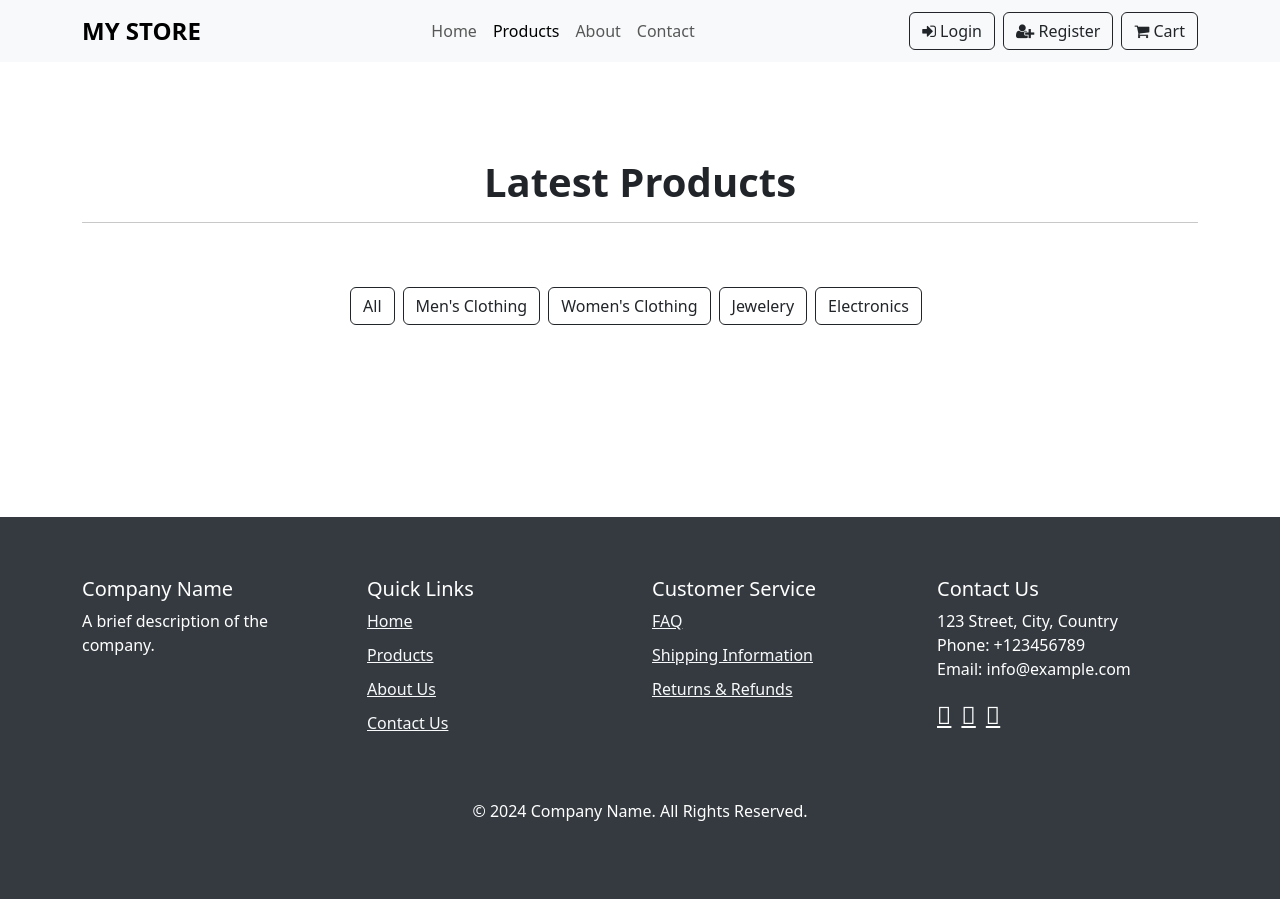
Repository: asad3407886839/E-commerce-Store
Page: /products (app in vite-project/)
The author's editor kept a copy of each file at every save. The page is drawn from the files as they stood at one save, then again after the next save.
The browser window is 1280 px wide. The pictures show the whole page.
The page's requests for data from a server got no answer. The project was rebuilt for these pictures with package versions that can differ from the ones it lists, and the page was loaded fresh each time. No one was signed in, and anything a server would have sent is missing. Also part of the build but not shown: vite-project/vite.config.js, vite-project/src/components/Home.jsx, vite-project/src/components/Product.jsx, vite-project/src/components/Contact.jsx, vite-project/src/AboutUs.jsx, vite-project/src/LoginForm.jsx, vite-project/src/register.jsx, vite-project/src/index.css.

Above is the page before, as saved 2024-06-30 01:45:31.

### vite-project/src/main.jsx
import React from 'react';
import ReactDOM from 'react-dom/client';
import App from './App.jsx';
import './index.css';
import 'bootstrap/dist/css/bootstrap.min.css';
import 'bootstrap/dist/js/bootstrap.bundle';
import 'font-awesome/css/font-awesome.min.css';


ReactDOM.createRoot(document.getElementById('root')).render(

    <App />

);

### vite-project/src/App.jsx
// App.js
import React from 'react';
import Navbar from './components/Navbar';
import Home from './components/Home';
import Products from './components/Products';
import Product from './components/Product';
import { BrowserRouter, Routes, Route } from 'react-router-dom';
import Contact from './components/Contact';
import AboutUs from './AboutUs';
import LoginForm from './LoginForm';
import register from './register';
import Footer from './components/Footer';


const App = () => {
  return (
    <div>
      <BrowserRouter>
        <Navbar />
        <Routes>
          <Route path="/" element={<Home />} />
          <Route path="/products" element={<Products />} />
          <Route path="/products/:id" element={<Product />} />
          <Route path="/about" element={<AboutUs />} />
          <Route path="/contact" element={<Contact />} />
          <Route path="/login" element={<LoginForm/>} />
          <Route path="/register" element={<register/>} />



        </Routes>
        <Footer/>
      </BrowserRouter>
    </div>
  );
};

export default App;

### vite-project/src/components/Navbar.jsx
import React from 'react';
import { NavLink } from 'react-router-dom';

const Navbar = () => {
  return (
    <div>
      <nav className="navbar navbar-expand-lg navbar-light bg-light">
        <div className="container">
          <NavLink className="navbar-brand fw-bold fs-4" to="/">MY STORE</NavLink>
          <button
            className="navbar-toggler"
            type="button"
            data-bs-toggle="collapse"
            data-bs-target="#navbarSupportedContent"
            aria-controls="navbarSupportedContent"
            aria-expanded="false"
            aria-label="Toggle navigation"
          >
            <span className="navbar-toggler-icon"></span>
          </button>
          <div className="collapse navbar-collapse" id="navbarSupportedContent">
            <ul className="navbar-nav mx-auto mb-2 mb-lg-0">
              <li className="nav-item">
                <NavLink className="nav-link" exact to="/">Home</NavLink>
              </li>
              <li className="nav-item">
                <NavLink className="nav-link" to="/products">Products</NavLink>
              </li>
              <li className="nav-item">
                <NavLink className="nav-link" to="/about">About</NavLink>
              </li>
              <li className="nav-item">
                <NavLink className="nav-link" to="/contact">Contact</NavLink>
              </li>
            </ul>
            <div className="buttons">
              <NavLink to="/login" className="btn btn-outline-dark">
                <i className="fa fa-sign-in"></i> Login
              </NavLink>
              <NavLink to="/register" className="btn btn-outline-dark ms-2">
                <i className="fa fa-user-plus"></i> Register
              </NavLink>
              <NavLink to="/cart" className="btn btn-outline-dark ms-2">
                <i className="fa fa-shopping-cart"></i> Cart
              </NavLink>
            </div>
          </div>
        </div>
      </nav>
    </div>
  );
};

export default Navbar;

### vite-project/src/components/Products.jsx
import React, { useState, useEffect } from 'react';
import { Link } from 'react-router-dom';


const Products = () => {
  const [data, setData] = useState([]);
  const [filter, setFilter] = useState([]);
  const [loading, setLoading] = useState(false);
  let componentMounted = true;

  useEffect(() => {
    const fetchProducts = async () => {
      setLoading(true);
      try {
        const response = await fetch('https://fakestoreapi.com/products');
        const result = await response.json();
        if (componentMounted) {
          setData(result);
          setFilter(result);
          setLoading(false);
        }
      } catch (error) {
        console.error("Error fetching data:", error);
        setLoading(false);
      }
    };

    fetchProducts();

    return () => {
      componentMounted = false;
    };
  }, []);

  if (loading) {
    return <div>Loading...</div>;
  }

  const showProducts = () => {
    return (
      <>
        <div className="buttons d-flex justify-content-center mb-5 pb-5">
          <button className="btn btn-outline-dark me-2" onClick={() => setFilter(data)}>All</button>
          <button className="btn btn-outline-dark me-2" onClick={() => setFilter(data.filter(product => product.category === 'men\'s clothing'))}>Men's Clothing</button>
          <button className="btn btn-outline-dark me-2" onClick={() => setFilter(data.filter(product => product.category === 'women\'s clothing'))}>Women's Clothing</button>
          <button className="btn btn-outline-dark me-2" onClick={() => setFilter(data.filter(product => product.category === 'jewelery'))}>Jewelery</button>
          <button className="btn btn-outline-dark me-2" onClick={() => setFilter(data.filter(product => product.category === 'electronics'))}>Electronics</button>
        </div>
        <div className="row">
          {filter.map((product) => (
            <div className="col-md-3 mb-4" key={product.id}>
              <div className="card h-100 text-center p-3 fw-bolder">
                <img
                  src={product.image}
                  className="card-img-top"
                  alt={product.title}
                  height="250px"
                />
                <div className="card-body">
                  <h5 className="card-title">{product.title}</h5>
                  <p className="card-text">${product.price}</p>
                  <Link to={`/products/${product.id}`} className="btn btn-outline-dark ms-2">
                    Buy Now
                  </Link>
                </div>
              </div>
            </div>
          ))}
        </div>
      </>
    );
  };

  return (
    <div className="container my-5 py-5">
      <div className="row">
        <div className="col-12 mb-5">
          <h1 className="display-6 fw-bolder text-center">Latest Products</h1>
          <hr />
        </div>
      </div>
      <div className="row justify-content-center">
        {showProducts()}
      </div>
    </div>
  );
};

export default Products;

### vite-project/src/components/Footer.jsx
// components/Footer.js
import React from 'react';
import { Link } from 'react-router-dom';

const Footer = () => {
  const footerStyle = {
    backgroundColor: '#343a40',
    color: '#fff',
    padding: '60px 0',
  };

  const listStyle = {
    padding: 0,
    listStyle: 'none',
  };

  const listItemStyle = {
    marginBottom: '10px',
  };

  const socialIconsStyle = {
    display: 'inline-block',
    marginRight: '10px',
  };

  const socialIconLinkStyle = {
    color: '#fff',
    fontSize: '24px',
  };

  const socialIconLinkHoverStyle = {
    color: '#ffc107',
  };

  return (
    <footer style={footerStyle}>
      <div className="container">
        <div className="row">
          <div className="col-md-3 mb-4">
            <h5>Company Name</h5>
            <p>A brief description of the company.</p>
          </div>
          <div className="col-md-3 mb-4">
            <h5>Quick Links</h5>
            <ul style={listStyle}>
              <li style={listItemStyle}><Link to="/" className="text-light">Home</Link></li>
              <li style={listItemStyle}><Link to="/products" className="text-light">Products</Link></li>
              <li style={listItemStyle}><Link to="/about" className="text-light">About Us</Link></li>
              <li style={listItemStyle}><Link to="/contact" className="text-light">Contact Us</Link></li>
            </ul>
          </div>
          <div className="col-md-3 mb-4">
            <h5>Customer Service</h5>
            <ul style={listStyle}>
              <li style={listItemStyle}><Link to="/faq" className="text-light">FAQ</Link></li>
              <li style={listItemStyle}><Link to="/shipping" className="text-light">Shipping Information</Link></li>
              <li style={listItemStyle}><Link to="/returns" className="text-light">Returns & Refunds</Link></li>
            </ul>
          </div>
          <div className="col-md-3 mb-4">
            <h5>Contact Us</h5>
            <p>123 Street, City, Country<br />Phone: +123456789<br />Email: info@example.com</p>
            <ul className="list-inline" style={listStyle}>
              <li className="list-inline-item" style={socialIconsStyle}><a href="#" style={socialIconLinkStyle}><i className="fab fa-facebook"></i></a></li>
              <li className="list-inline-item" style={socialIconsStyle}><a href="#" style={socialIconLinkStyle}><i className="fab fa-twitter"></i></a></li>
              <li className="list-inline-item" style={socialIconsStyle}><a href="#" style={socialIconLinkStyle}><i className="fab fa-instagram"></i></a></li>
            </ul>
          </div>
        </div>
      </div>
      <div className="text-center mt-4">
        <p>&copy; {new Date().getFullYear()} Company Name. All Rights Reserved.</p>
      </div>
    </footer>
  );
};

export default Footer;

Loaded but not shown: vite-project/index.html (common file)

After the next save:
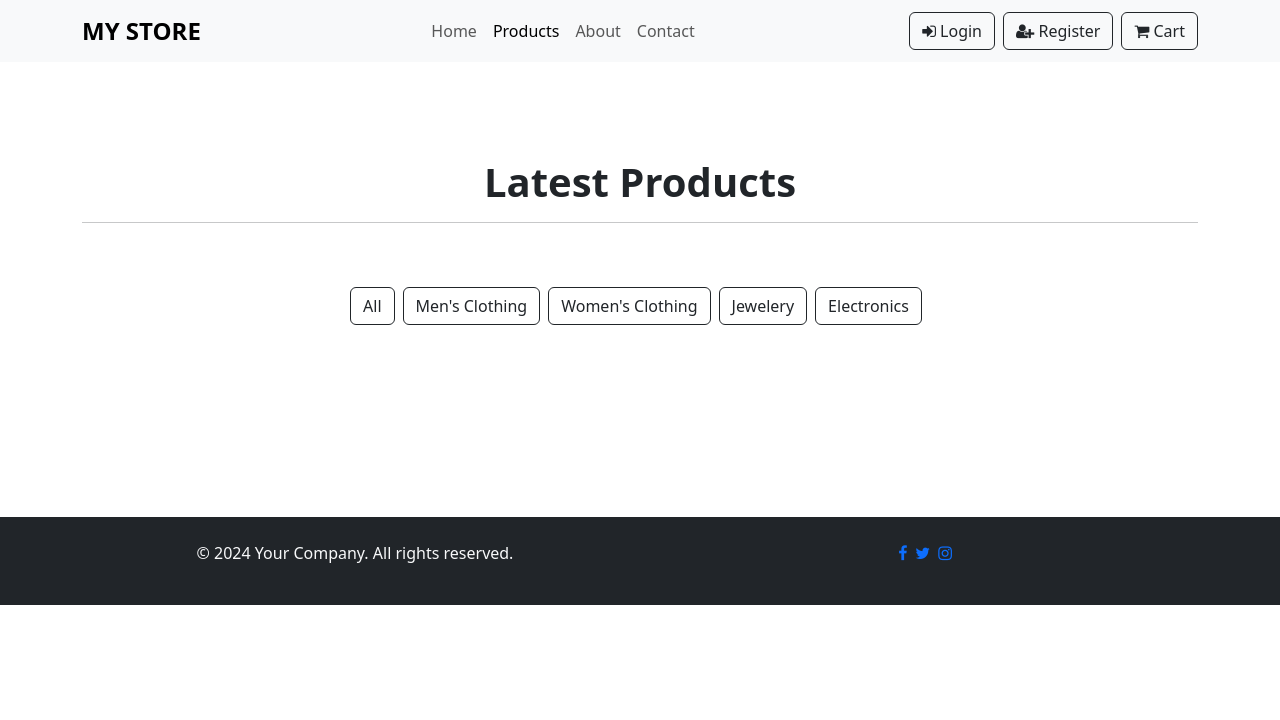
Saved 2 min 23 s later.
--- a/vite-project/src/components/Footer.jsx
+++ b/vite-project/src/components/Footer.jsx
@@ -1,75 +1,33 @@
-// components/Footer.js
 import React from 'react';
-import { Link } from 'react-router-dom';
 
 const Footer = () => {
-  const footerStyle = {
-    backgroundColor: '#343a40',
-    color: '#fff',
-    padding: '60px 0',
-  };
-
-  const listStyle = {
-    padding: 0,
-    listStyle: 'none',
-  };
-
-  const listItemStyle = {
-    marginBottom: '10px',
-  };
-
-  const socialIconsStyle = {
-    display: 'inline-block',
-    marginRight: '10px',
-  };
-
-  const socialIconLinkStyle = {
-    color: '#fff',
-    fontSize: '24px',
-  };
-
-  const socialIconLinkHoverStyle = {
-    color: '#ffc107',
-  };
-
   return (
-    <footer style={footerStyle}>
+    <footer className="bg-dark text-light text-center py-4">
       <div className="container">
         <div className="row">
-          <div className="col-md-3 mb-4">
-            <h5>Company Name</h5>
-            <p>A brief description of the company.</p>
+          <div className="col-md-6">
+            <p>&copy; 2024 Your Company. All rights reserved.</p>
           </div>
-          <div className="col-md-3 mb-4">
-            <h5>Quick Links</h5>
-            <ul style={listStyle}>
-              <li style={listItemStyle}><Link to="/" className="text-light">Home</Link></li>
-              <li style={listItemStyle}><Link to="/products" className="text-light">Products</Link></li>
-              <li style={listItemStyle}><Link to="/about" className="text-light">About Us</Link></li>
-              <li style={listItemStyle}><Link to="/contact" className="text-light">Contact Us</Link></li>
-            </ul>
-          </div>
-          <div className="col-md-3 mb-4">
-            <h5>Customer Service</h5>
-            <ul style={listStyle}>
-              <li style={listItemStyle}><Link to="/faq" className="text-light">FAQ</Link></li>
-              <li style={listItemStyle}><Link to="/shipping" className="text-light">Shipping Information</Link></li>
-              <li style={listItemStyle}><Link to="/returns" className="text-light">Returns & Refunds</Link></li>
-            </ul>
-          </div>
-          <div className="col-md-3 mb-4">
-            <h5>Contact Us</h5>
-            <p>123 Street, City, Country<br />Phone: +123456789<br />Email: info@example.com</p>
-            <ul className="list-inline" style={listStyle}>
-              <li className="list-inline-item" style={socialIconsStyle}><a href="#" style={socialIconLinkStyle}><i className="fab fa-facebook"></i></a></li>
-              <li className="list-inline-item" style={socialIconsStyle}><a href="#" style={socialIconLinkStyle}><i className="fab fa-twitter"></i></a></li>
-              <li className="list-inline-item" style={socialIconsStyle}><a href="#" style={socialIconLinkStyle}><i className="fab fa-instagram"></i></a></li>
+          <div className="col-md-6">
+            <ul className="list-inline social-icons">
+              <li className="list-inline-item">
+                <a href="https://facebook.com">
+                  <i className="fa fa-facebook"></i>
+                </a>
+              </li>
+              <li className="list-inline-item">
+                <a href="https://twitter.com">
+                  <i className="fa fa-twitter"></i>
+                </a>
+              </li>
+              <li className="list-inline-item">
+                <a href="https://instagram.com">
+                  <i className="fa fa-instagram"></i>
+                </a>
+              </li>
             </ul>
           </div>
         </div>
-      </div>
-      <div className="text-center mt-4">
-        <p>&copy; {new Date().getFullYear()} Company Name. All Rights Reserved.</p>
       </div>
     </footer>
   );
